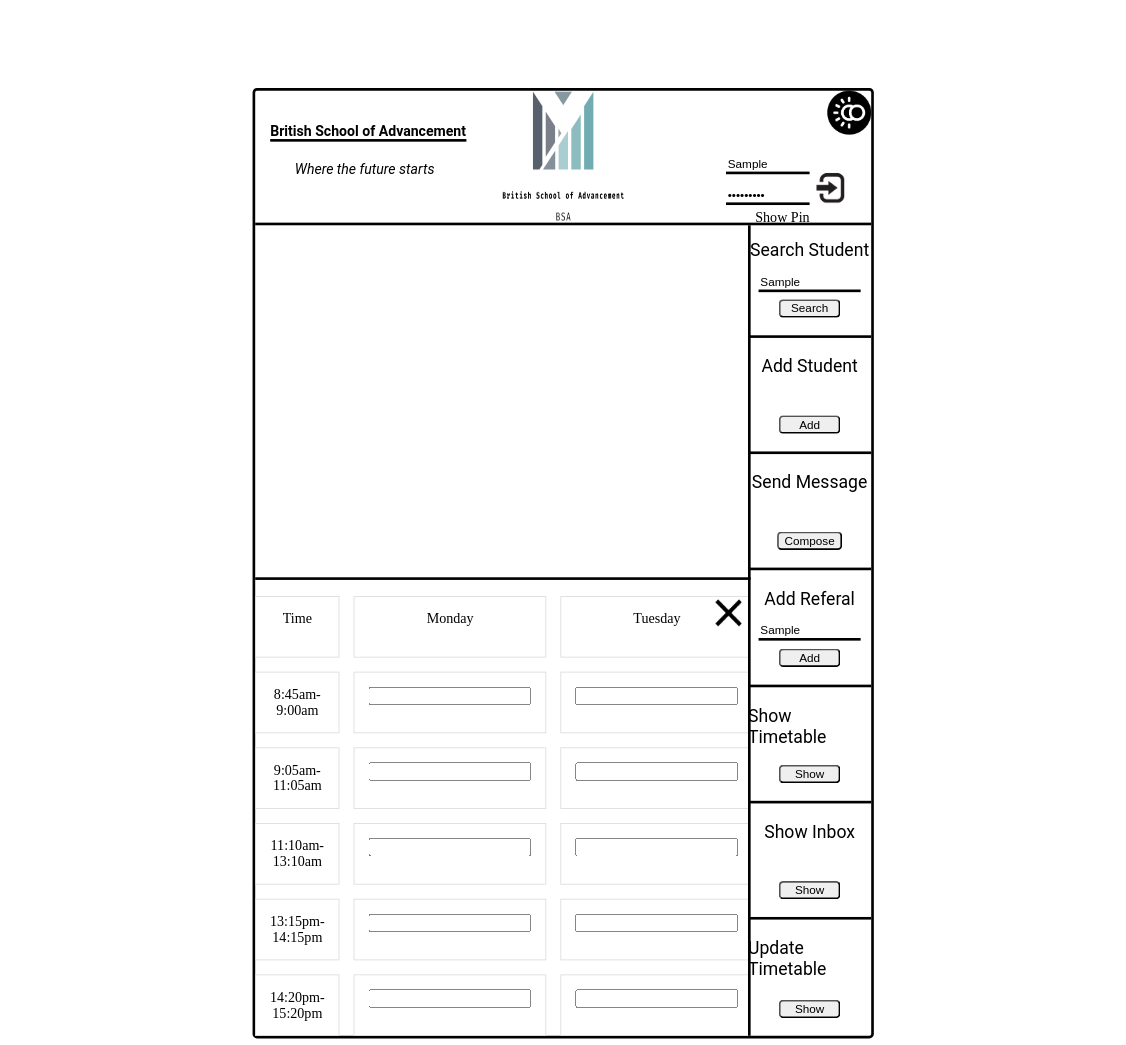
Repository: ghend99/Guardian-Application
Page: index.html
The author's editor kept a copy of each file at every save. The page is drawn from the files as they stood at one save, then again after a run of saves.
The browser window is 1280 px wide. The pictures show the whole page, at 88% of full size.
Empty fields were first filled with sample values (such as "Sample", 5 or name@example.com).
After loading, the first visible `#timetable-open` was clicked once.

Above is the page before, as saved 2023-06-06 16:35:44.

After the next 2 saves:
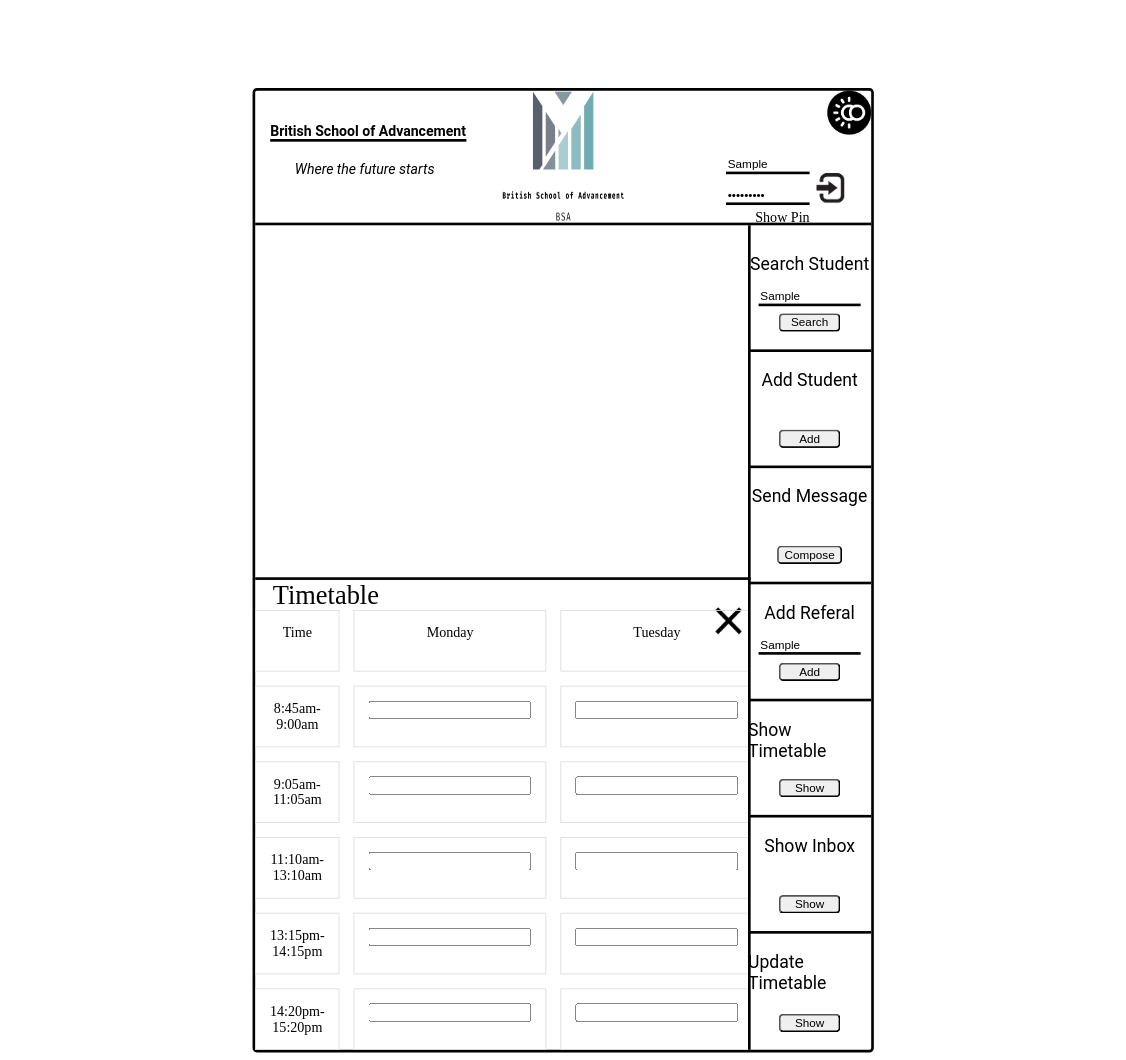
The 2 saves are shown as one change because they came seconds apart.
The last was saved 56 s later.
--- a/buttons.js
+++ b/buttons.js
@@ -92,6 +92,7 @@ btnTimetableOpen.addEventListener("click", function (e) {
   inboxContainer.style.display = "none";
   timetableContainer.style.display = "grid";
   UpdateTimetableLinkContainer.style.display = "flex";
+  studentManagementHeading.textContent = "Timetable";
 });
 
 btnStudentManagementClose.addEventListener("click", function (e) {
